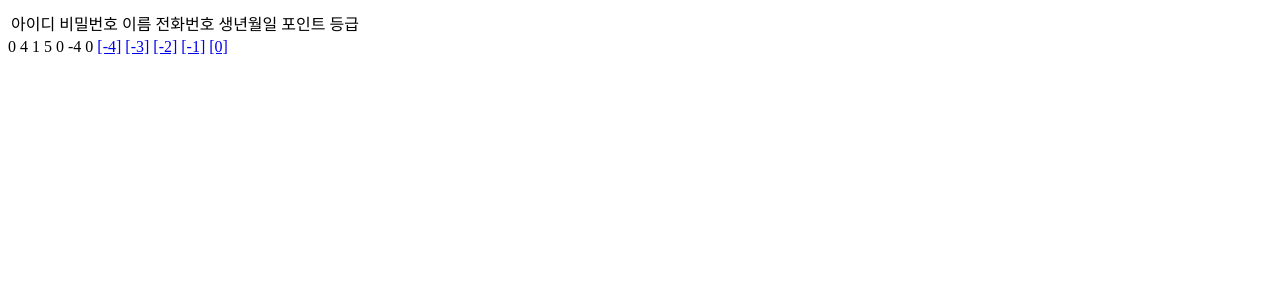
Repository: nobley3/EclipseIDE
Page: http://localhost/pageprj0911/list2.page
These files come from the project's save history. The page is drawn as it stood at one moment and after the next save; the edit follows.
The browser window is 1280 px wide. The pictures show the whole page.
The page is served by Tomcat 9. Queries for data that is not in the repository find no rows.

Above is the page before, as saved 2023-09-11 05:45:24.

After the next save:
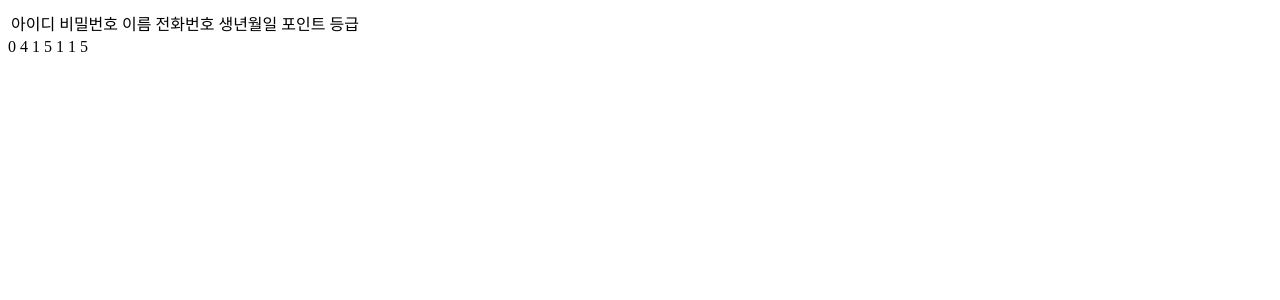
Saved 46 s later.
--- a/pageprj0911/src/main/webapp/WEB-INF/views/listPage2.jsp
+++ b/pageprj0911/src/main/webapp/WEB-INF/views/listPage2.jsp
@@ -68,7 +68,7 @@
 	}
 
 	//현재그룹 구하기, 현재페이지를 기준으로 현재그룹구하기
-	int remain2 = currentPage / grpSize;
+	int remain2 = currentPage % grpSize;
 	if (remain2 == 0) {
 		currentGrp = currentPage / grpSize;
 	} else {
